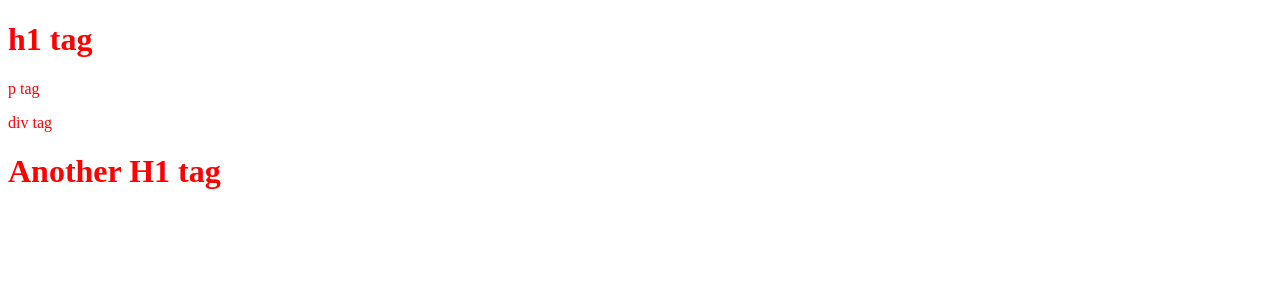
Repository: lbj0314/webTest
Page: Css_1/WebContent/css_2.html
The author's editor kept a copy of each file at every save. The page is drawn from the files as they stood at one save, then again after the next save.
The browser window is 1280 px wide. The pictures show the whole page.

Above is the page before, as saved 2019-10-16 01:37:38.

### Css_1/WebContent/css_2.html
<!DOCTYPE html>
<html>
<head>
<meta charset="UTF-8">
<title>Insert title here</title>
<style type="text/css">
	/* 선택자 */
	* {color: red;}
	#t1



</style>
</head>
<body>
	<h1>h1 tag</h1>
	<p>p tag</p>
	<div>div tag</div>
	<h1 id="t1">Another H1 tag</h1>


</body>
</html>

After the next save:
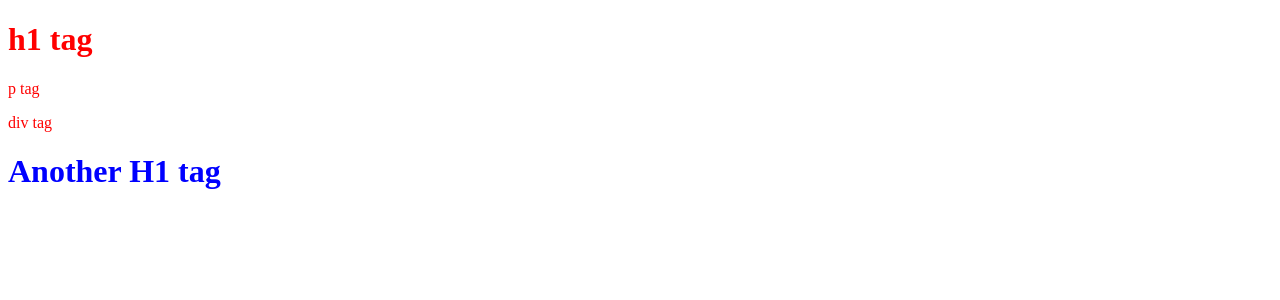
Saved 31 s later.
--- a/Css_1/WebContent/css_2.html
+++ b/Css_1/WebContent/css_2.html
@@ -7,7 +7,7 @@
 	/* 선택자 */
 	* {color: red;}
 	#t1
-
+	{color: blue;}
 
 
 </style>
